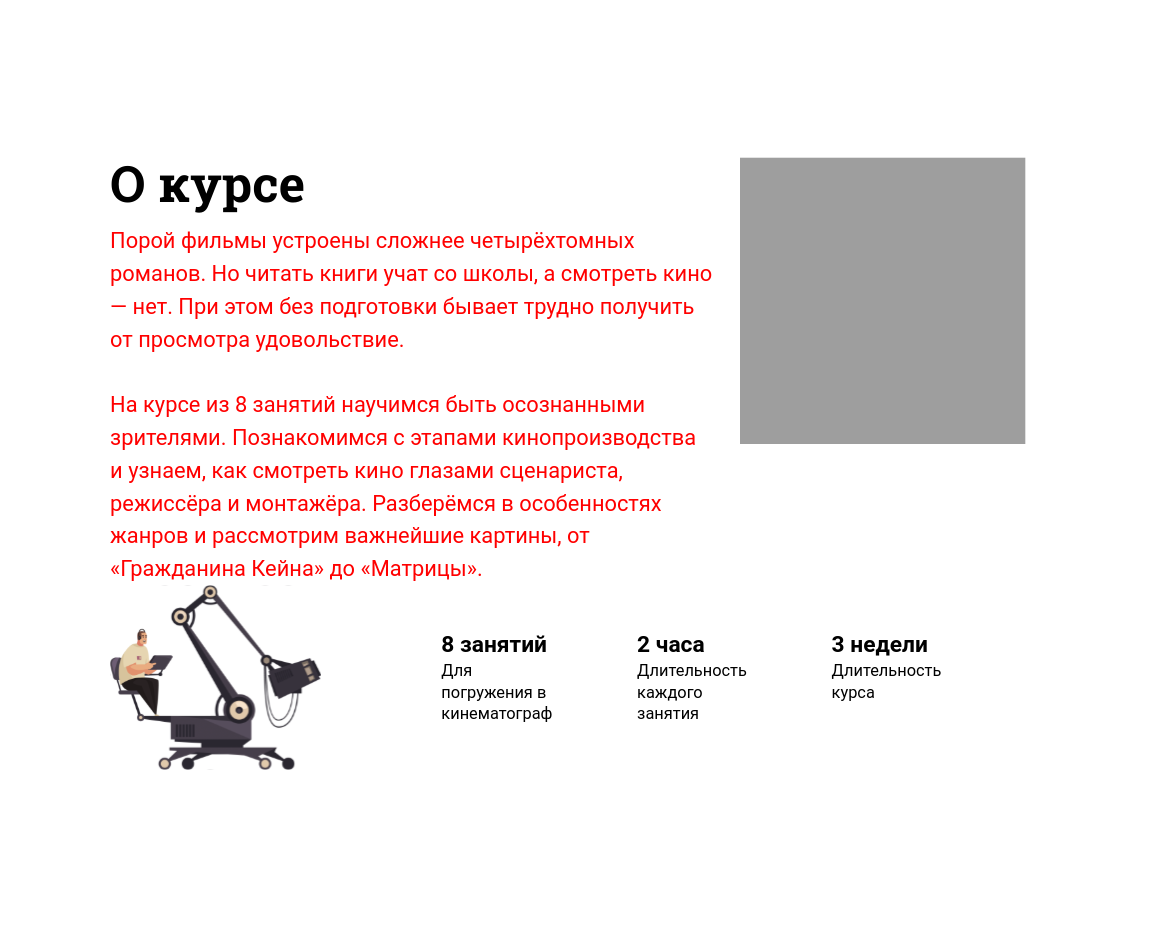
Repository: FaridRustamov09/task8
Page: index.html
An editor plug-in stored every save of this project. The page is shown before and after the next save, followed by the edit.
The browser window is 1280 px wide. The pictures show the whole page, at 91% of full size.
Pictures or frames that could not be fetched are drawn as grey boxes.

Above is the page before, as saved 2023-11-06 18:28:06.

After the next save:
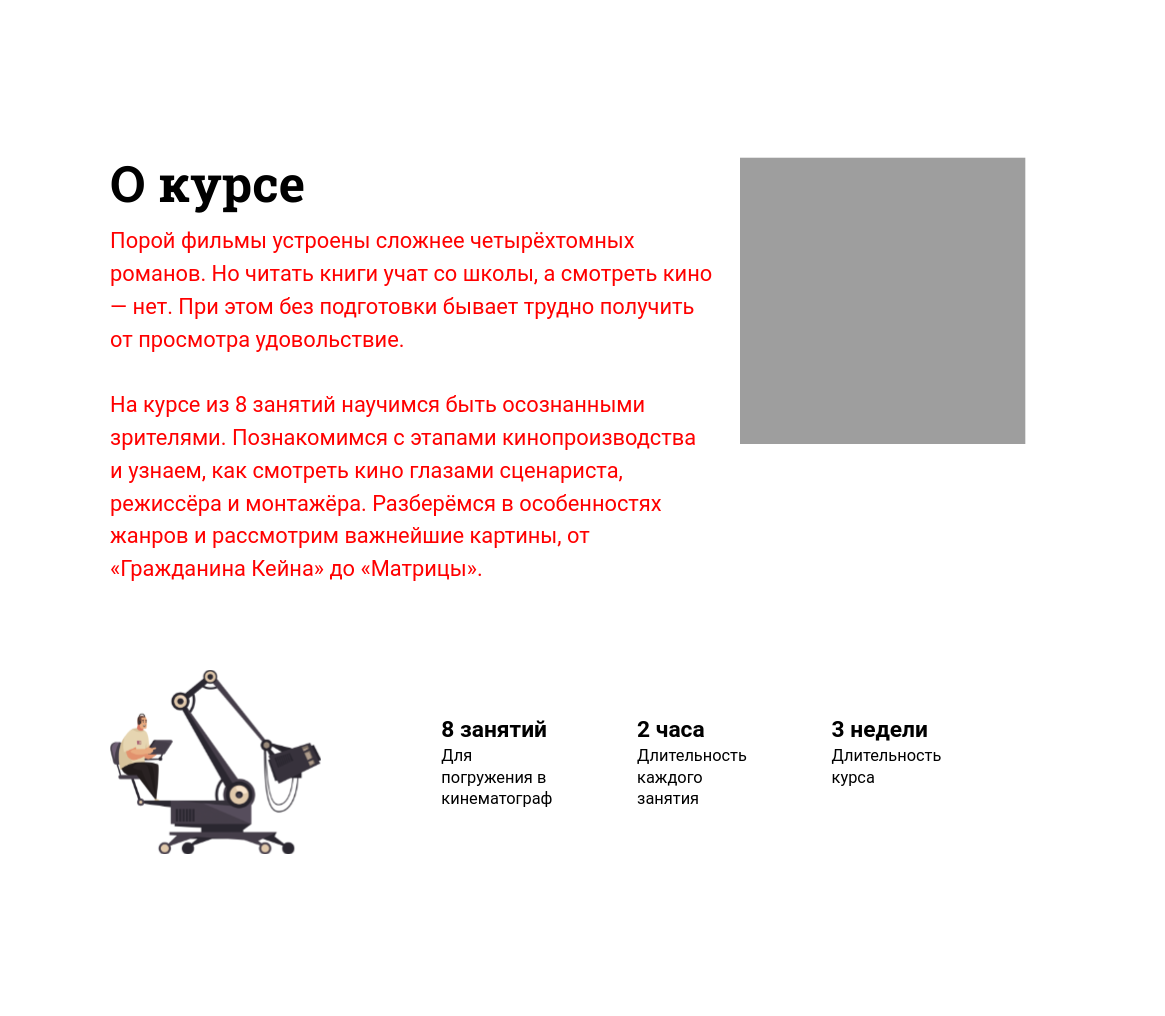
Saved 4 s later.
--- a/index.css
+++ b/index.css
@@ -40,7 +40,7 @@ height: 315px;
 .box-2 {
     display: flex;
     align-items: center;
-    mar
+    margin-top: 93px;
   }
   .box-2 img{
     width: 232px;
